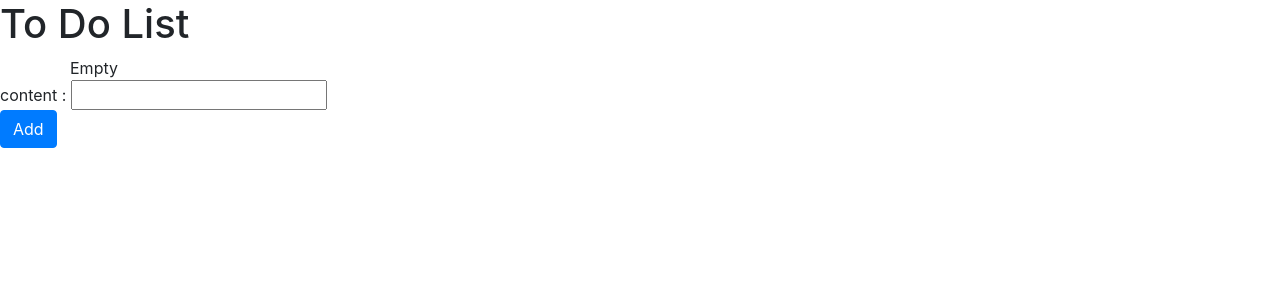
Repository: Marwa-Medhat/ReactJS-Labs
Page: /todolist (app in myapp/)
An editor plug-in stored every save of this project. The page is shown before and after the next save, followed by the edit.
The browser window is 1280 px wide. The pictures show the whole page.
The project was rebuilt for these pictures with package versions that can differ from the ones it lists, and the page was loaded fresh each time.

Above is the page before, as saved 2021-04-28 19:35:12.

### myapp/src/index.js
import React from 'react';
import ReactDOM from 'react-dom';
import './index.css';
// import App from './App';
import App from './App2';
import reportWebVitals from './reportWebVitals';

ReactDOM.render(
    <App />,
  document.getElementById('root')
);

// If you want to start measuring performance in your app, pass a function
// to log results (for example: reportWebVitals(console.log))
// or send to an analytics endpoint. Learn more: https://bit.ly/CRA-vitals
reportWebVitals();

### myapp/src/App2.js
import React from 'react';
import 'bootstrap/dist/css/bootstrap.min.css'

class App extends React.Component{

    constructor(){
        super();
        this.state={
            contents:[]
        }
    }


    addContent=(content)=>{
        this.state.contents.push(content);
        this.setState({contents:this.state.contents});
        // this.saveToLocalStorage();
    }


    // componentDidMount(){
    //     if(localStorage["contents"]){
    //     let contents = JSON.parse(localStorage["contents"]);

    //     this.setState({contents:contents})
    //     }
    // }
    // saveToLocalStorage=()=>{
    //     localStorage["contents"] = JSON.stringify(this.state.contents);
    // }

    render(){
        return <div>
            <h1>To Do List</h1>
            <DisplayTasks contents={this.state.contents} />
            <AddTask addContent={this.addContent} />
        </div>
    }

}


class AddTask extends React.Component{

    constructor(props){
        super();
        this.state={
            content:"",

        }
    }

    addContent=()=>{
        let content = {
            content:this.state.content,
        }

        this.props.addContent(content);
    }


    render(){
        return <div>
            content : <input type="text" value={this.state.content} onChange={(e)=>this.setState({content:e.target.value})} />
           <br/> <button onClick={this.addContent} className="btn btn-primary " >Add</button>
        </div>
    }
}


class DisplayTasks extends React.Component{
    render(){
        return <div class="container list-group">
            {this.props.contents.length > 0 ?this.props.contents.map((item)=>{
                return <DisplayTask content={item} key={item.content} />
            }):"Empty"}
        </div>
    }
}

DisplayTasks.defaultProps={
    contents:[]
}

class DisplayTask extends React.Component{

    render(){
        return <div>
            <a href="#" class="list-group-item list-group-item-action "><i class="bi bi-x-square-fill" ></i>
{this.props.content.content}</a><br/>

        </div>
    }
}
export default App;

### myapp/src/App3.js
import React from "react";
import logo from './logo.svg';

import {
  BrowserRouter as Router,
  Switch,
  Route,
  Link,
  useRouteMatch,
  useParams
} from "react-router-dom";

import {Header,Menu} from './Header2'

class App extends React.Component{
    constructor(){
        super();
        this.state = {
            items:[
            {
                text:"Home",
                link:"/home"
            },
            {
                text:"About",
                link:"/about"
            },
            {
                text:"Contacts",
                link:"/contacts"
            },
            {
                text:"Projects",
                link:"/projects"
            },
            {
                text:"Login",
                link:"/login"
            },
            {
                text:"Users",
                link:"/users"
            },
            {
                text:"Topics",
                link:"/topics"
            }
        ]
    }
    }

    toggleActive=(text)=>{

        this.state.items.forEach((item)=>item.active=false);
        let item = this.state.items.find(x=>x.text==text);
        item.active = !item.active
        this.setState({items:this.state.items});
        //this.forceUpdate();
    }


    render(){
        return <Router>
            <Header title="My website" logo={logo} menu={this.state.items} toggleActive={this.toggleActive} />
            <Switch>
                <Route path="/about" >
                    <About />
                </Route>
                <Route path="/contacts" >
                    <Contacts />
                </Route>
                <Route path="/projects" >
                    <Projects />
                </Route>
                <Route path="/users" >
                    <UserList />
                </Route>
                <Route path="/login" >
                    <Login />
                </Route>
                <Route path="/topics">
                    <Topics />
                </Route>
                <Route path="/" >
                    <Home />
                </Route>
            </Switch>
        </Router>
    }
}


class Home extends React.Component{
    render(){
        return <div>Home</div>;
    }
}

class About extends React.Component{
    render(){
        return <div>About</div>;
    }
}

class Contacts extends React.Component{
    render(){
        return <div>Contacts</div>;
    }
}

class Projects extends React.Component{
    render(){
        return <div>Projects</div>;
    }
}


class UserList extends React.Component{

    constructor(){
        super();
        this.state={
            users:[],
            loading:false
        };
    }

    async componentDidMount(){
        this.setState({loading:true});
        setTimeout(async ()=>{


        let res= await fetch("https://reqres.in/api/users?page=2",{
            method:"GET",
            headers:{
                "content-type":"application/json"
            }
        });
        let resJson = await res.json();
        this.setState({users:resJson.data,loading: false});
    },5000)
    }

    render(){
        return <div>
            {!this.state.loading ? this.state.users.map((item)=>{
                return <UserView key={item.id}  user={item} />
            }): "Loading Users"}
        </div>
    }
}

class Login extends React.Component{

    constructor(){
        super();
        this.state={
            username:"",
            email:"",
            password:""
        }
    }

    setInputValue=(e)=>{
        this.setState({[e.target.name]:e.target.value});
    }

    login=async ()=>{
        let user = {
            email:this.state.email,
            password:this.state.password
        }
        let res= await fetch("https://reqres.in/api/login",{
            method:"POST",
            headers:{
                "content-type":"application/json"
            },
            body:JSON.stringify(user)
        });
        let resJson = await res.json();
        if(resJson.token){
            alert("Login success");
        }else{
            alert(resJson.error)
        }
    }

    render(){
        return <div>
            <h1>Login</h1>
            Username:<input type="text" value={this.state.username} onChange={this.setInputValue} name="username" /><br/>
            Password:<input type="password" value={this.state.password} onChange={this.setInputValue} name="password" /><br/>
            Email:<input type="email" value={this.state.email} onChange={(e)=>this.setState({email:e.target.value})} name="email" /><br/>
            <button onClick={this.login}>Login</button>
        </div>
    }
}

class UserView extends React.Component{
    constructor(){
        super();

    }

    render(){
        return <div>
            <img src={this.props.user.avatar} style={{width:100,height:100}} /><br/>
            <span>{this.props.user.first_name} {this.props.user.last_name}</span>
            <div>Email : {this.props.user.email}</div>
        </div>
    }
}

function Topics() {
    let match = useRouteMatch();

    return (
      <div>
        <h2>Topics</h2>

        <ul>
          <li>
            <Link to={`${match.url}/components`}>Components</Link>
          </li>
          <li>
            <Link to={`${match.url}/props-v-state`}>
              Props v. State
            </Link>
          </li>
        </ul>

        {/* The Topics page has its own <Switch> with more routes
            that build on the /topics URL path. You can think of the
            2nd <Route> here as an "index" page for all topics, or
            the page that is shown when no topic is selected */}
        <Switch>
          <Route path={`${match.path}/:topicId`}>
            <Topic />
          </Route>
          <Route path={match.path}>
            <h3>Please select a topic.</h3>
          </Route>
        </Switch>
      </div>
    );
  }

  function Topic() {
    let { topicId } = useParams();
    return <h3>Requested topic ID: {topicId}</h3>;
  }

export default App;

### myapp/src/Header2.js
import React from 'react';
import PropTypes from 'prop-types';
import {Link} from "react-router-dom";
class Header extends React.Component{

    render(){
        let h1Style={
            display:"inline-block"
        }

        return <div>
            <img style={{width:100,height:100}} src={this.props.logo} />
            <h1 style={h1Style} >{this.props.title}</h1>
            <Menu items={this.props.menu} toggleActive={this.props.toggleActive} />
        </div>
    }
}

Header.defaultProps ={
    title:"Website Title"
}

Header.propTypes = {
    title:PropTypes.string
}

class Menu extends React.Component{

    constructor(props){
        super();

    }

    render(){
        return <div>
            {this.props.items.map((item,i)=>{
                return <Link key={item.text} style={{backgroundColor:item.active?"red":"green"}} onClick={()=>this.props.toggleActive(item.text)} to={item.link} > {item.text} |</Link>
            })}
        </div>
    }
}

Menu.defaultProps={
    items:[]
}

export {Header,Menu};

Loaded but not shown: myapp/public/index.html (common file); myapp/src/index.css (common file); myapp/src/reportWebVitals.js (common file)

After the next save:
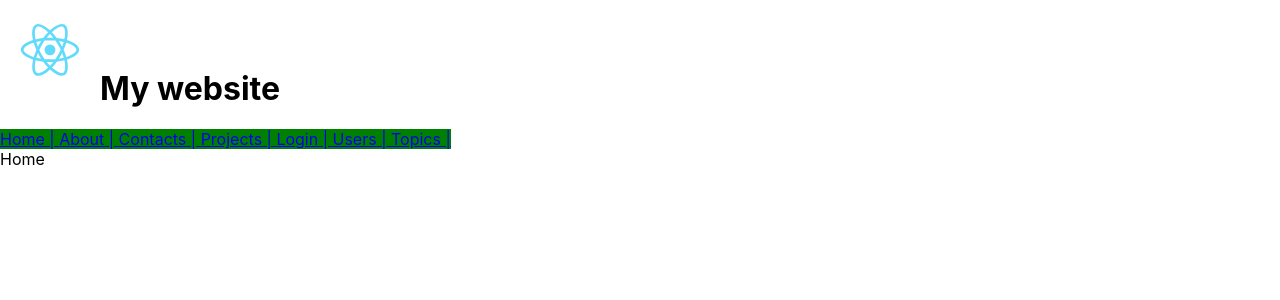
Saved 21 s later.
--- a/myapp/src/index.js
+++ b/myapp/src/index.js
@@ -2,7 +2,7 @@ import React from 'react';
 import ReactDOM from 'react-dom';
 import './index.css';
 // import App from './App';
-import App from './App2';
+import App from './App3';
 import reportWebVitals from './reportWebVitals';
 
 ReactDOM.render(
